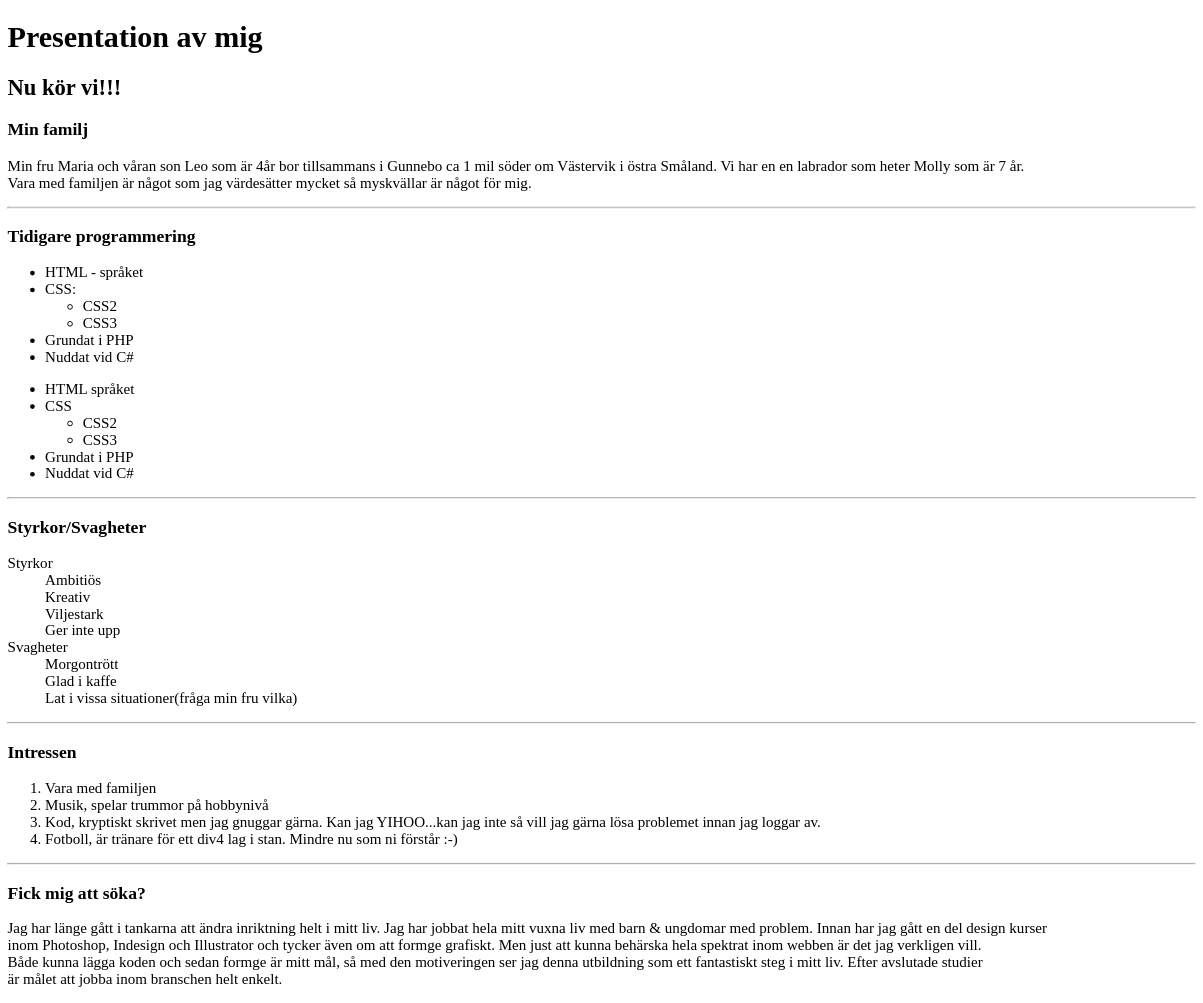
Repository: jt222ia/1ik415-jt222ia-laborationer
Page: pages/presentation.html
The author's editor kept a record of every edit. The page is drawn from the files as they stood at one moment, then again after the next edit.
The browser window is 1280 px wide. The pictures show the whole page, at 94% of full size.

Above is the page before.

### pages/presentation.html
<!DOCTYPE html>
<html>
    <head>
        <meta charset="utf-8" />
        <title>Min presentations sida</title>
    </head>

    <body>

    <!-- Nu börjar jag presentationen av mig :-) -->
    <h1>Presentation av mig</h1>

        <h2>Nu kör vi!!!</h2>

            <h3>Min familj</h3>
                    <p> Min fru Maria och våran son Leo som är 4år bor tillsammans i Gunnebo ca 1 mil söder om Västervik i östra Småland.
                    Vi har en en labrador som heter Molly som är 7 år. <br />
                    Vara med familjen är något som jag värdesätter mycket så myskvällar är något för mig.</p>
                    <hr />

            <h3>Tidigare programmering</h3>
                    <ul>
                        <li>HTML - språket</li>
                        <li>CSS:
                            <ul>
                                <li>CSS2</li>
                                <li>CSS3</li>
                            </ul>
                        </li>
                        <li>Grundat i PHP</li>
                        <li>Nuddat vid C#</li>
                    </ul>
                    <ul>
                        <li>HTML språket</li>
                        <li>CSS</li>
                        <ul>
                            <li>CSS2</li>
                            <li>CSS3</li>
                        </ul>
                        <li>Grundat i PHP</li>
                        <li>Nuddat vid C#</li>
                    </ul>
                    <hr />

            <h3>Styrkor/Svagheter</h3>
                    <dl>
                        <dt>Styrkor</dt>
                            <dd>Ambitiös</dd>
                            <dd>Kreativ</dd>
                            <dd>Viljestark</dd>
                            <dd>Ger inte upp</dd>

                        <dt>Svagheter</dt>
                            <dd>Morgontrött</dd>
                            <dd>Glad i kaffe</dd>
                            <dd>Lat i vissa situationer(fråga min fru vilka)</dd>
                    </dl>
                    <hr />

            <h3>Intressen</h3>
                        <ol>
                          <li>Vara med familjen</li>
                          <li>Musik, spelar trummor på hobbynivå</li>
                          <li>Kod, kryptiskt skrivet men jag gnuggar gärna. Kan jag YIHOO...kan jag inte så vill jag gärna lösa problemet innan jag loggar av.</li>
                          <li>Fotboll, är tränare för ett div4 lag i stan. Mindre nu som ni förstår :-)</li>
                        </ol>
                    <hr />

            <h3>Fick mig att söka?</h3>
                    <p>Jag har länge gått i tankarna att ändra inriktning helt i mitt liv. Jag har jobbat hela mitt vuxna liv med barn & ungdomar med problem.
                        Innan har jag gått en del design kurser<br /> inom Photoshop, Indesign och Illustrator och tycker även om att formge grafiskt. Men just att kunna behärska
                        hela spektrat inom webben är det jag verkligen vill.<br /> Både kunna lägga koden och sedan formge är mitt mål, så med den motiveringen ser jag denna utbildning
                        som ett fantastiskt steg i mitt liv. Efter avslutade studier<br /> är målet att jobba inom branschen helt enkelt.</p>

     <!-- Nu avslutar jag presentationen av mig. Hoppas det var trevlig läsning -->

    </body>
</html>

After the next edit:
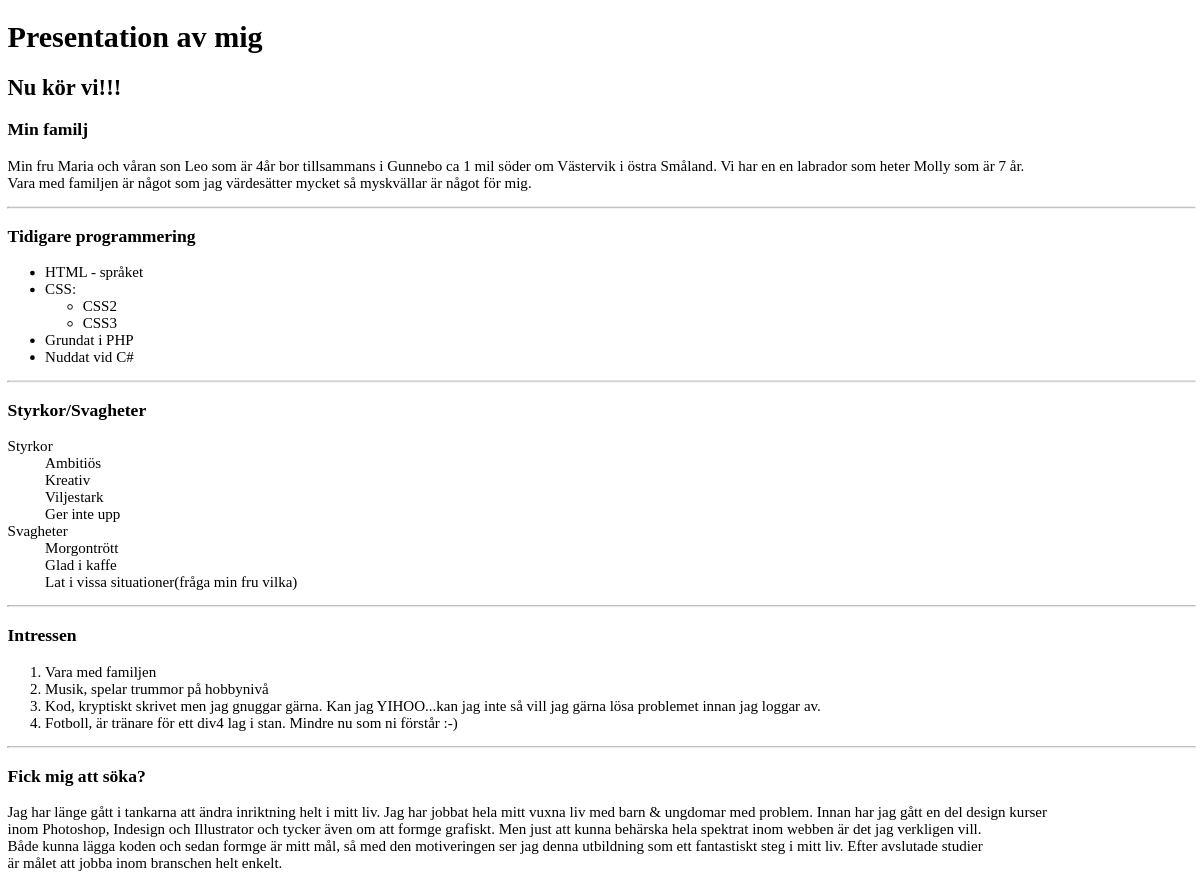
The edit:
--- a/pages/presentation.html
+++ b/pages/presentation.html
@@ -30,16 +30,7 @@
                         <li>Grundat i PHP</li>
                         <li>Nuddat vid C#</li>
                     </ul>
-                    <ul>
-                        <li>HTML språket</li>
-                        <li>CSS</li>
-                        <ul>
-                            <li>CSS2</li>
-                            <li>CSS3</li>
-                        </ul>
-                        <li>Grundat i PHP</li>
-                        <li>Nuddat vid C#</li>
-                    </ul>
+
                     <hr />
 
             <h3>Styrkor/Svagheter</h3>
